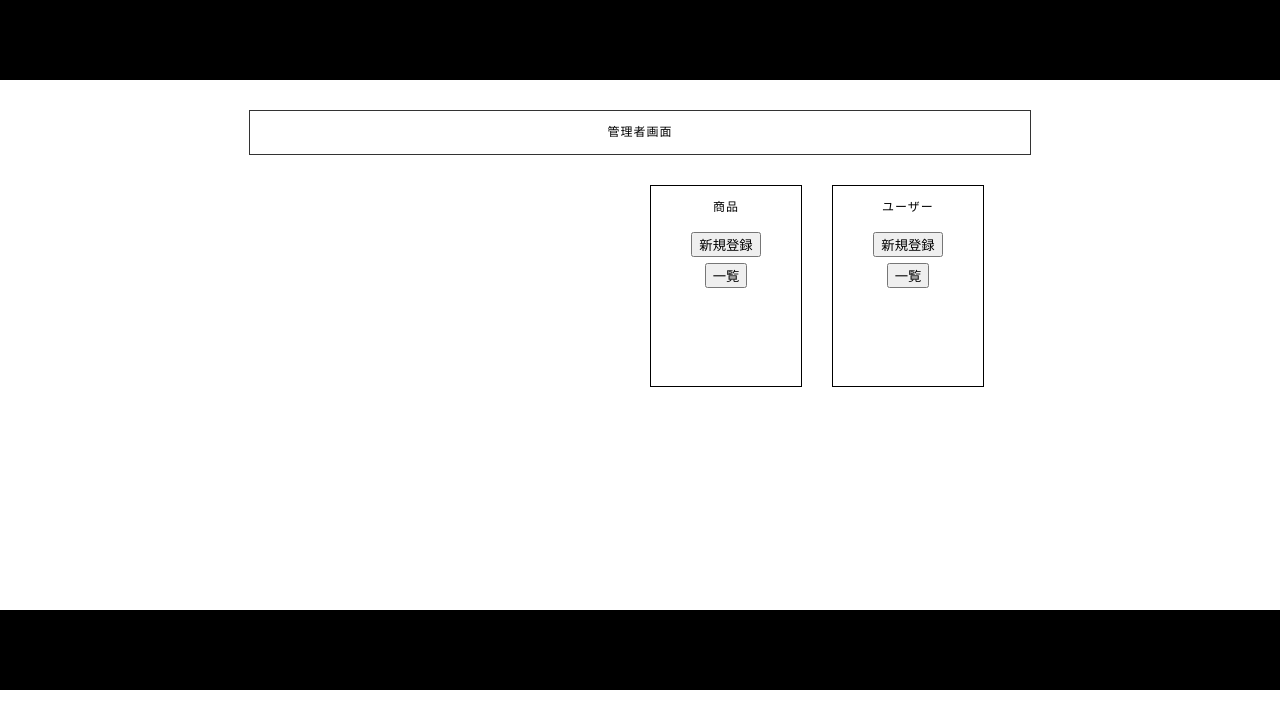
Repository: xiezom/test
Page: http://localhost/ecsite/AdminAction.action
An editor plug-in stored every save of this project. The page is shown before and after the next save, followed by the edit.
The browser window is 1280 px wide. The pictures show the whole page.
The page is served by Tomcat 9.

Above is the page before, as saved 2019-03-12 07:46:31.

After the next save:
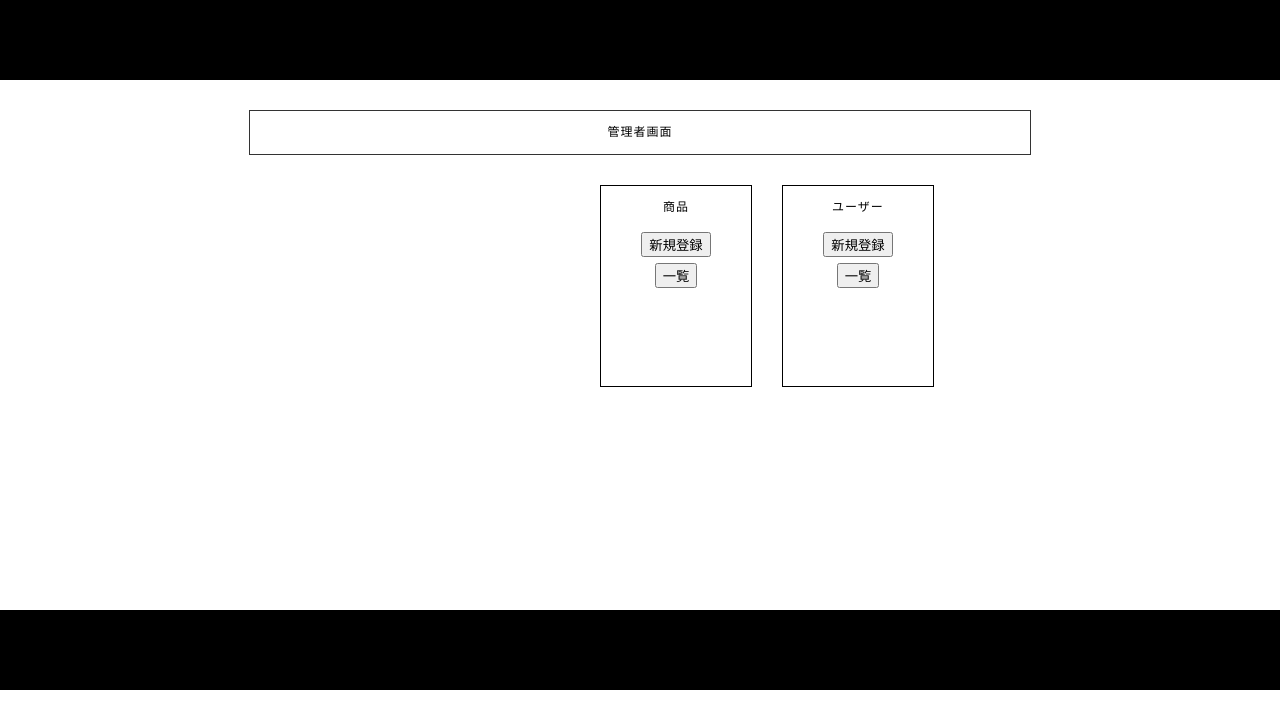
Saved 11 s later.
--- a/ecsite/WebContent/admin.jsp
+++ b/ecsite/WebContent/admin.jsp
@@ -66,7 +66,7 @@
 			height: 200px;
 			display: inline-block;
 			border: 1px solid black;
-			margin-left: 650px;
+			margin-left: 600px;
 			float: left;
 		}
 		.users {
